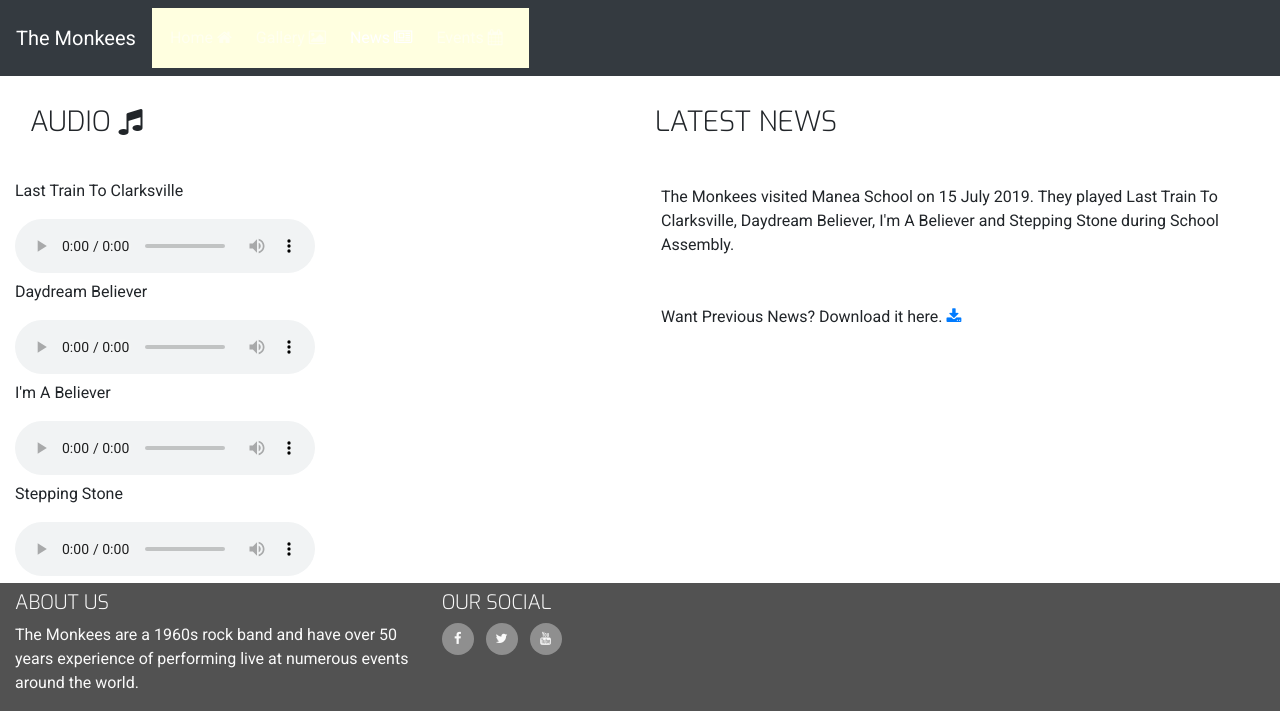
Repository: Code-Institute-Submissions/ucd-band
Page: news.html
The author's editor kept a record of every edit. The page is drawn from the files as they stood at one moment, then again after the next edit.
The browser window is 1280 px wide. The pictures show the whole page.

Above is the page before.

After the next edit:
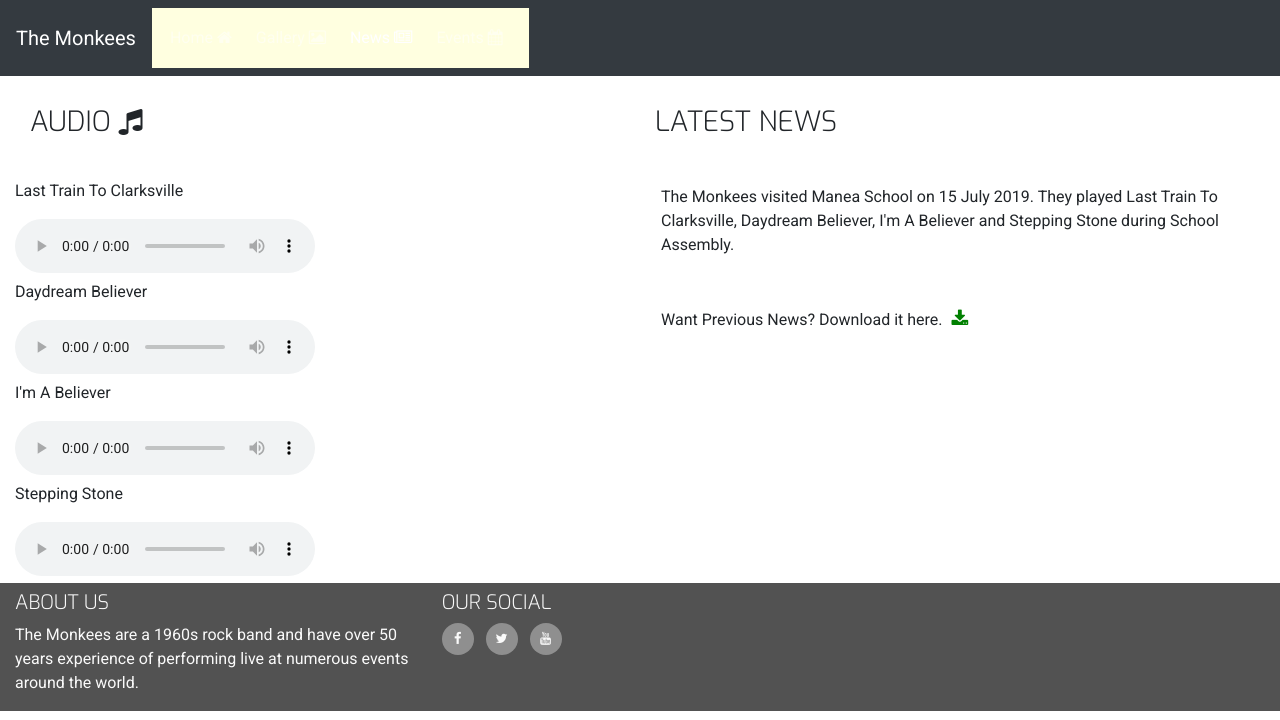
The edit:
--- a/assets/css/style.css
+++ b/assets/css/style.css
@@ -63,7 +63,7 @@
 
 /* Download PDF Styles */
 
-.events-pdf {
+.download-pdf {
     color: green;
     text-align: center;
     font-size: 18px;
